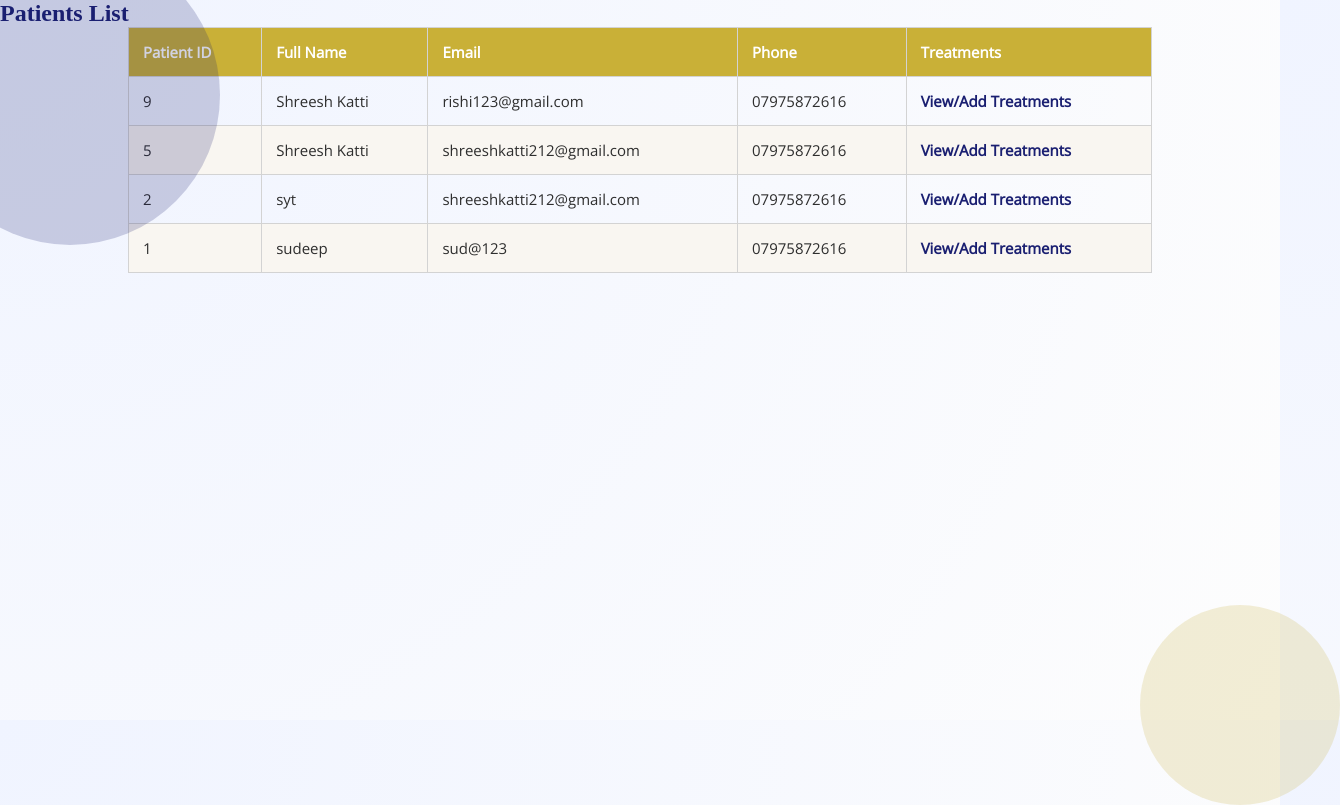
Repository: shreeshskatti/hospital_management_system
Page: http://localhost/patients/patients_list.php
The author's editor kept a copy of each file at every save. The page is drawn from the files as they stood at one save, then again after the next save.
The browser window is 1280 px wide. The page is 1340 px wide, so the pictures cover 1340 px, including what lies to the right of the window. The pictures show the whole page.
Some web fonts or font styles are not loaded; a fallback is used. The page is run by PHP 8.4 with error messages shown; the project is at /var/www/html/. The database holds what the project's SQL file puts in it.

Above is the page before, as saved 2025-05-29 21:21:18.

After the next save:
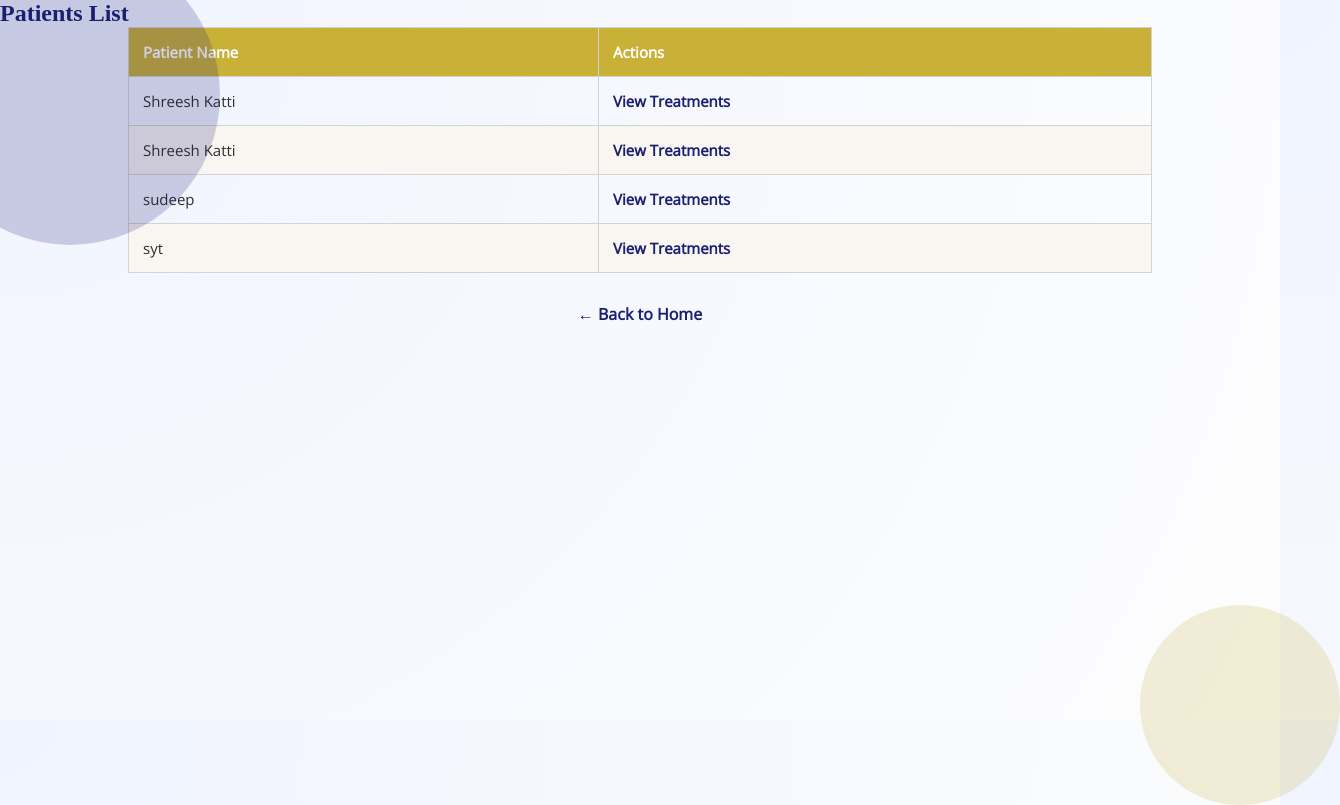
Saved 3 min 43 s later.
--- a/patients/patients_list.php
+++ b/patients/patients_list.php
@@ -1,49 +1,31 @@
 <?php
 include '../includes/db.php';
-
-// Fetch all patients
-$sql = "SELECT patient_id, name, email, phone FROM patients ORDER BY patient_id DESC";
-$result = $conn->query($sql);
+$patients = $conn->query("SELECT patient_id, name FROM patients ORDER BY name");
 ?>
 
 <!DOCTYPE html>
 <html>
 <head>
-    <title>Patients List</title>
-    <link rel="stylesheet" href="../css/style.css">
+  <title>Patients List</title>
+  <link rel="stylesheet" href="../css/style.css">
 </head>
 <body>
-
-<h2>Patients List</h2>
-
-<table border="1" cellpadding="10" cellspacing="0" style="margin:auto; width:80%;">
+  <h2>Patients List</h2>
+  <table border="1" cellpadding="10" cellspacing="0" style="width: 80%; margin:auto;">
     <thead>
-        <tr>
-            <th>Patient ID</th>
-            <th>Full Name</th>
-            <th>Email</th>
-            <th>Phone</th>
-            <th>Treatments</th>
-        </tr>
+      <tr><th>Patient Name</th><th>Actions</th></tr>
     </thead>
     <tbody>
-        <?php if ($result && $result->num_rows > 0): ?>
-            <?php while($row = $result->fetch_assoc()): ?>
-                <tr>
-                    <td><?php echo htmlspecialchars($row['patient_id']); ?></td>
-                    <td><?php echo htmlspecialchars($row['name']); ?></td>
-                    <td><?php echo htmlspecialchars($row['email']); ?></td>
-                    <td><?php echo htmlspecialchars($row['phone']); ?></td>
-                    <td>
-                        <a href="view_treatments.php?p_id=<?php echo $row['patient_id']; ?>">View/Add Treatments</a>
-                    </td>
-                </tr>
-            <?php endwhile; ?>
-        <?php else: ?>
-            <tr><td colspan="5" style="text-align:center;">No patients found.</td></tr>
-        <?php endif; ?>
+      <?php while($p = $patients->fetch_assoc()): ?>
+        <tr>
+          <td><?php echo htmlspecialchars($p['name']); ?></td>
+          <td>
+            <a href="view_treatments.php?p_id=<?php echo $p['patient_id']; ?>">View Treatments</a>
+          </td>
+        </tr>
+      <?php endwhile; ?>
     </tbody>
-</table>
-
+  </table>
+  <p style="text-align:center; margin-top: 30px;"><a href="../index.php">← Back to Home</a></p>
 </body>
 </html>
